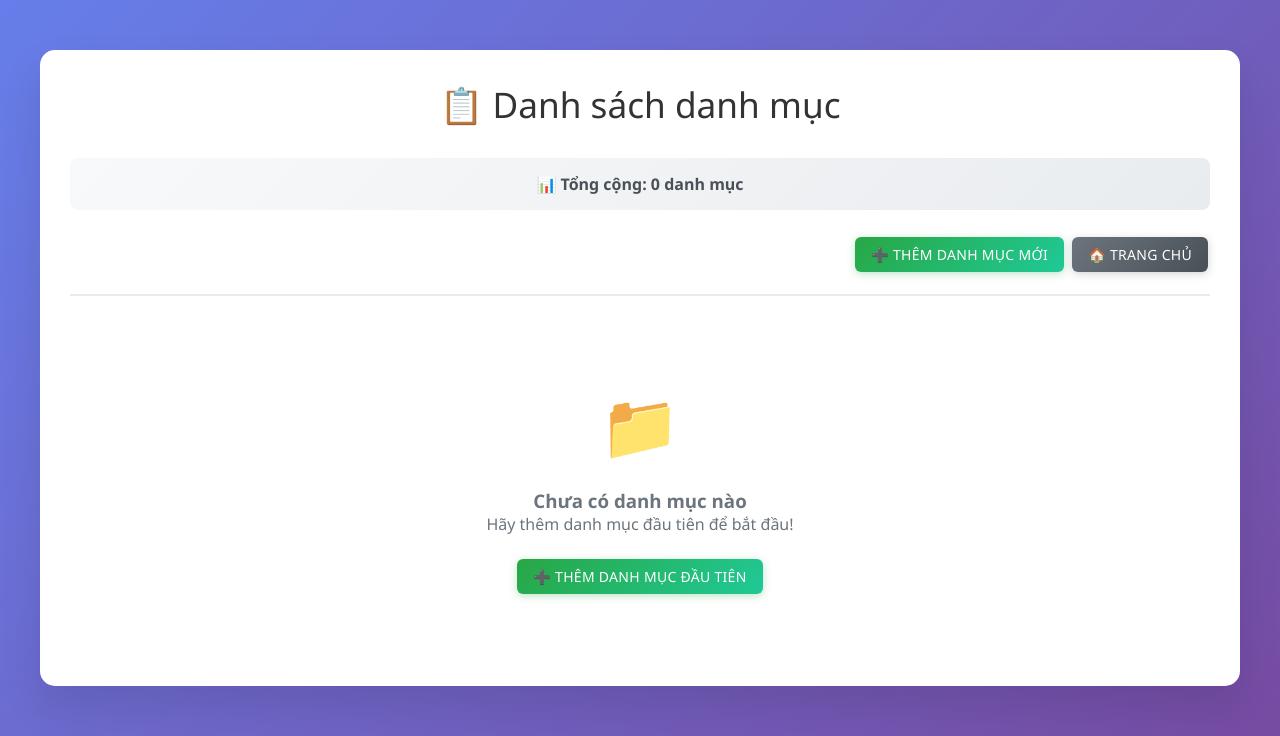
Repository: Ticasslo/23110327_HuynhNgocThang_LTWeb_BT
Page: http://localhost/23110327/views/admin/list-category.jsp
These files come from the project's save history. The page is drawn as it stood at one moment and after the next save; the edit follows.
The browser window is 1280 px wide. The pictures show the whole page.
The page is served by Tomcat 10. Other server files are loaded and not shown. The template is opened directly, without the code that normally fills it, so the values that code supplies are empty.

Above is the page before, as saved 2025-08-30 06:27:34.

### 23110327/src/main/webapp/views/admin/list-category.jsp
<%@ page language="java" contentType="text/html; charset=UTF-8"
	pageEncoding="UTF-8"%>
<%@ taglib prefix="c" uri="jakarta.tags.core"%>
<!DOCTYPE html>
<html>
<head>
<meta charset="UTF-8">
<title>Danh sách danh mục</title>
<style>
* {
	margin: 0;
	padding: 0;
	box-sizing: border-box;
}

body {
	font-family: 'Segoe UI', Tahoma, Geneva, Verdana, sans-serif;
	background: linear-gradient(135deg, #667eea 0%, #764ba2 100%);
	min-height: 100vh;
	padding: 20px;
}

.container {
	max-width: 1200px;
	margin: 30px auto;
	background: white;
	padding: 30px;
	border-radius: 15px;
	box-shadow: 0 20px 40px rgba(0, 0, 0, 0.1);
	backdrop-filter: blur(10px);
}

h1 {
	color: #333;
	text-align: center;
	margin-bottom: 30px;
	font-size: 2.2em;
	font-weight: 300;
}

.header-actions {
	text-align: right;
	margin-bottom: 25px;
	padding-bottom: 20px;
	border-bottom: 2px solid #e9ecef;
}

.table-wrapper {
	overflow-x: auto;
	border-radius: 10px;
	box-shadow: 0 5px 15px rgba(0, 0, 0, 0.08);
}

table {
	border-collapse: collapse;
	width: 100%;
	background: white;
	border-radius: 10px;
	overflow: hidden;
}

thead {
	background: linear-gradient(135deg, #495057 0%, #343a40 100%);
}

th {
	padding: 18px 15px;
	text-align: left;
	color: white;
	font-weight: 600;
	text-transform: uppercase;
	letter-spacing: 0.5px;
	font-size: 14px;
}

th:first-child {
	text-align: center;
	width: 80px;
}

th:nth-child(2) {
	text-align: center;
	width: 120px;
}

th:last-child {
	text-align: center;
	width: 200px;
}

tbody tr {
	transition: all 0.3s ease;
	border-bottom: 1px solid #e9ecef;
}

tbody tr:hover {
	background-color: #f8f9fa;
	transform: scale(1.01);
	box-shadow: 0 2px 8px rgba(0, 0, 0, 0.1);
}

tbody tr:nth-child(even) {
	background-color: #f8f9fa;
}

tbody tr:nth-child(even):hover {
	background-color: #e9ecef;
}

td {
	padding: 15px;
	vertical-align: middle;
}

td:first-child {
	text-align: center;
	font-weight: bold;
	color: #6c757d;
}

td:nth-child(2) {
	text-align: center;
}

td:last-child {
	text-align: center;
}

.category-image {
	max-width: 250px;
	max-height: 250px;
	box-shadow: 0 2px 8px rgba(0, 0, 0, 0.1);
	transition: transform 0.3s ease;
}

.category-image:hover {
	transform: scale(1.2);
}

.no-image {
	width: 80px;
	height: 80px;
	background: linear-gradient(135deg, #e9ecef 0%, #dee2e6 100%);
	border-radius: 8px;
	display: flex;
	align-items: center;
	justify-content: center;
	color: #6c757d;
	font-size: 24px;
	margin: 0 auto;
}

.category-name {
	font-weight: 600;
	color: #495057;
	font-size: 16px;
}

.btn {
	padding: 8px 16px;
	margin: 2px;
	border: none;
	cursor: pointer;
	border-radius: 6px;
	font-size: 14px;
	font-weight: 500;
	text-decoration: none;
	display: inline-block;
	transition: all 0.3s ease;
	text-transform: uppercase;
	letter-spacing: 0.3px;
}

.btn-primary {
	background: linear-gradient(135deg, #007bff 0%, #0056b3 100%);
	color: white;
	box-shadow: 0 2px 8px rgba(0, 123, 255, 0.3);
}

.btn-primary:hover {
	background: linear-gradient(135deg, #0056b3 0%, #003d82 100%);
	transform: translateY(-1px);
	box-shadow: 0 4px 12px rgba(0, 123, 255, 0.4);
}

.btn-success {
	background: linear-gradient(135deg, #28a745 0%, #20c997 100%);
	color: white;
	box-shadow: 0 2px 8px rgba(40, 167, 69, 0.3);
}

.btn-success:hover {
	background: linear-gradient(135deg, #1e7e34 0%, #17a2b8 100%);
	transform: translateY(-1px);
	box-shadow: 0 4px 12px rgba(40, 167, 69, 0.4);
}

.btn-danger {
	background: linear-gradient(135deg, #dc3545 0%, #c82333 100%);
	color: white;
	box-shadow: 0 2px 8px rgba(220, 53, 69, 0.3);
}

.btn-danger:hover {
	background: linear-gradient(135deg, #c82333 0%, #bd2130 100%);
	transform: translateY(-1px);
	box-shadow: 0 4px 12px rgba(220, 53, 69, 0.4);
}

.btn-secondary {
	background: linear-gradient(135deg, #6c757d 0%, #495057 100%);
	color: white;
	box-shadow: 0 2px 8px rgba(108, 117, 125, 0.3);
}

.btn-secondary:hover {
	background: linear-gradient(135deg, #495057 0%, #343a40 100%);
	transform: translateY(-1px);
	box-shadow: 0 4px 12px rgba(108, 117, 125, 0.4);
}

.empty-state {
	text-align: center;
	padding: 60px 20px;
	color: #6c757d;
}

.empty-state img {
	width: 100px;
	height: 100px;
	opacity: 0.3;
	margin-bottom: 20px;
}

.stats-bar {
	background: linear-gradient(135deg, #f8f9fa 0%, #e9ecef 100%);
	padding: 15px;
	border-radius: 8px;
	margin-bottom: 25px;
	text-align: center;
}

.stats-bar span {
	font-weight: bold;
	color: #495057;
}

@media ( max-width : 768px) {
	.container {
		margin: 15px;
		padding: 20px;
	}
	h1 {
		font-size: 1.8em;
	}
	table {
		font-size: 14px;
	}
	.btn {
		padding: 6px 12px;
		font-size: 12px;
		margin: 1px;
	}
	.category-image, .no-image {
		max-width: 60px;
		max-height: 60px;
		width: 60px;
		height: 60px;
	}
}
</style>
</head>
<body>
	<div class="container">
		<h1>📋 Danh sách danh mục</h1>

		<div class="stats-bar">
			<span>📊 Tổng cộng: ${cateList != null ? cateList.size() : 0}
				danh mục</span>
		</div>

		<div class="header-actions">
			<a href="<c:url value='/admin/category/add'/>"
				class="btn btn-success">➕ Thêm danh mục mới</a> <a
				href="<c:url value='/'/>" class="btn btn-secondary">🏠 Trang chủ</a>
		</div>

		<c:choose>
			<c:when test="${empty cateList}">
				<div class="empty-state">
					<div style="font-size: 4em; margin-bottom: 20px;">📁</div>
					<h3>Chưa có danh mục nào</h3>
					<p>Hãy thêm danh mục đầu tiên để bắt đầu!</p>
					<br> <a href="<c:url value='/admin/category/add'/>"
						class="btn btn-success">➕ Thêm danh mục đầu tiên</a>
				</div>
			</c:when>
			<c:otherwise>
				<div class="table-wrapper">
					<table>
						<thead>
							<tr>
								<th>🔢 STT</th>
								<th>🖼️ Hình ảnh</th>
								<th>📝 Tên danh mục</th>
								<th>⚙️ Hành động</th>
							</tr>
						</thead>
						<tbody>
							<c:forEach items="${cateList}" var="category" varStatus="STT">
								<tr>
									<td>${STT.index + 1}</td>
									<td><c:choose>
											<c:when
												test="${category.icon != null && category.icon != ''}">
												<c:url value="/image?fname=${category.icon}" var="imgUrl"></c:url>
												<img src="${imgUrl}" alt="Category Image"
													class="category-image" />
											</c:when>
											<c:otherwise>
												<div class="no-image">📷</div>
											</c:otherwise>
										</c:choose></td>
									<td>
										<div class="category-name">${category.name}</div>
									</td>
									<td><a
										href="<c:url value='/admin/category/edit?id=${category.id}'/>"
										class="btn btn-primary" title="Chỉnh sửa danh mục">✏️ Sửa</a>

										<a
										href="<c:url value='/admin/category/delete?id=${category.id}'/>"
										class="btn btn-danger" title="Xóa danh mục"
										onclick="return confirm('🗑️ Bạn có chắc chắn muốn xóa danh mục &quot;${category.name}&quot;?\n\nHành động này không thể hoàn tác!')">🗑️
											Xóa</a> <c:if test="${not empty category.icon}">
											<c:url var="dlUrl" value="/image">
												<c:param name="fname" value="${category.icon}" />
												<c:param name="download" value="1" />
											</c:url>
											<a href="${dlUrl}" class="btn btn-secondary" title="Tải ảnh">⬇️
												Tải ảnh</a>
										</c:if></td>

								</tr>
							</c:forEach>
						</tbody>
					</table>
				</div>
			</c:otherwise>
		</c:choose>
	</div>

	<script>
        // Smooth hover effects cho table rows
        document.querySelectorAll('tbody tr').forEach(row => {
            row.addEventListener('mouseenter', function() {
                this.style.transform = 'scale(1.01)';
            });
            row.addEventListener('mouseleave', function() {
                this.style.transform = 'scale(1)';
            });
        });
    </script>
</body>
</html>

After the next save:
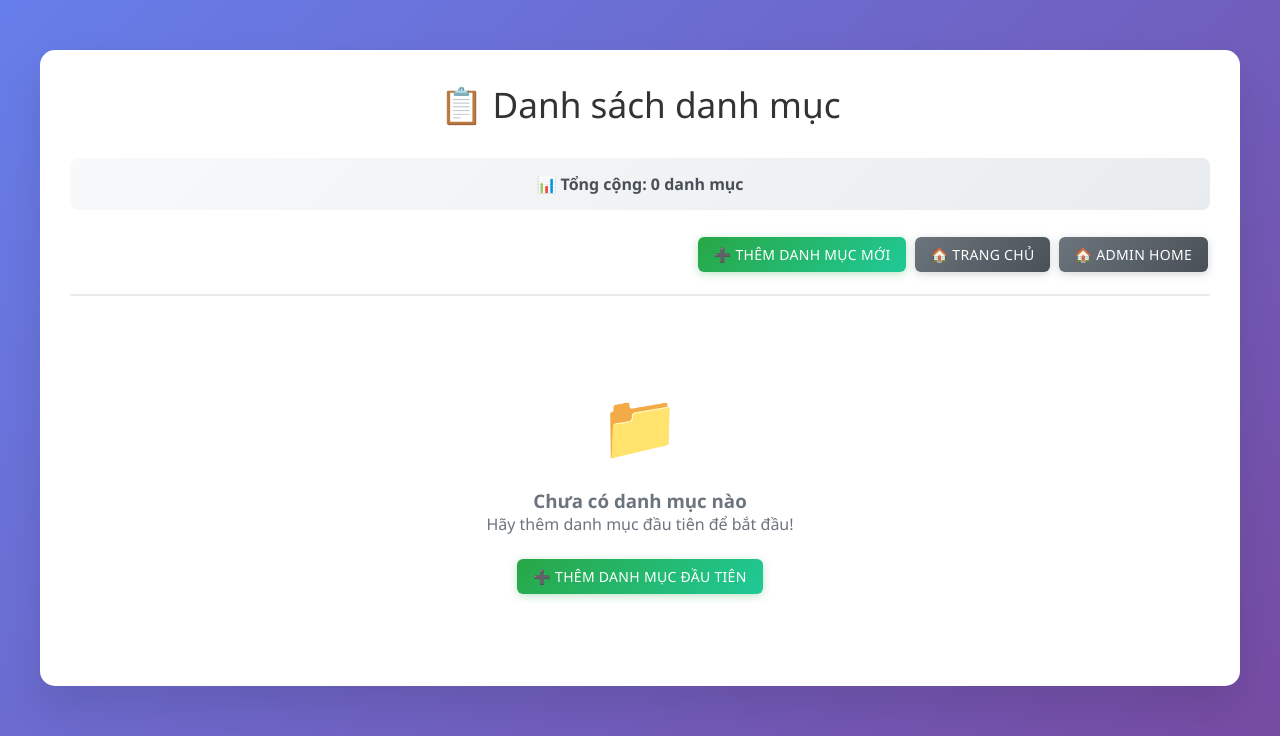
Saved 7 min 12 s later.
--- a/23110327/src/main/webapp/views/admin/list-category.jsp
+++ b/23110327/src/main/webapp/views/admin/list-category.jsp
@@ -281,8 +281,9 @@
 
 		<div class="header-actions">
 			<a href="<c:url value='/admin/category/add'/>"
-				class="btn btn-success">➕ Thêm danh mục mới</a> <a
-				href="<c:url value='/'/>" class="btn btn-secondary">🏠 Trang chủ</a>
+				class="btn btn-success">➕ Thêm danh mục mới</a>
+				<a href="<c:url value='/'/>" class="btn btn-secondary">🏠 Trang chủ</a>
+				<a href="<c:url value='/admin/home'/>" class="btn btn-secondary">🏠 Admin Home</a>
 		</div>
 
 		<c:choose>
